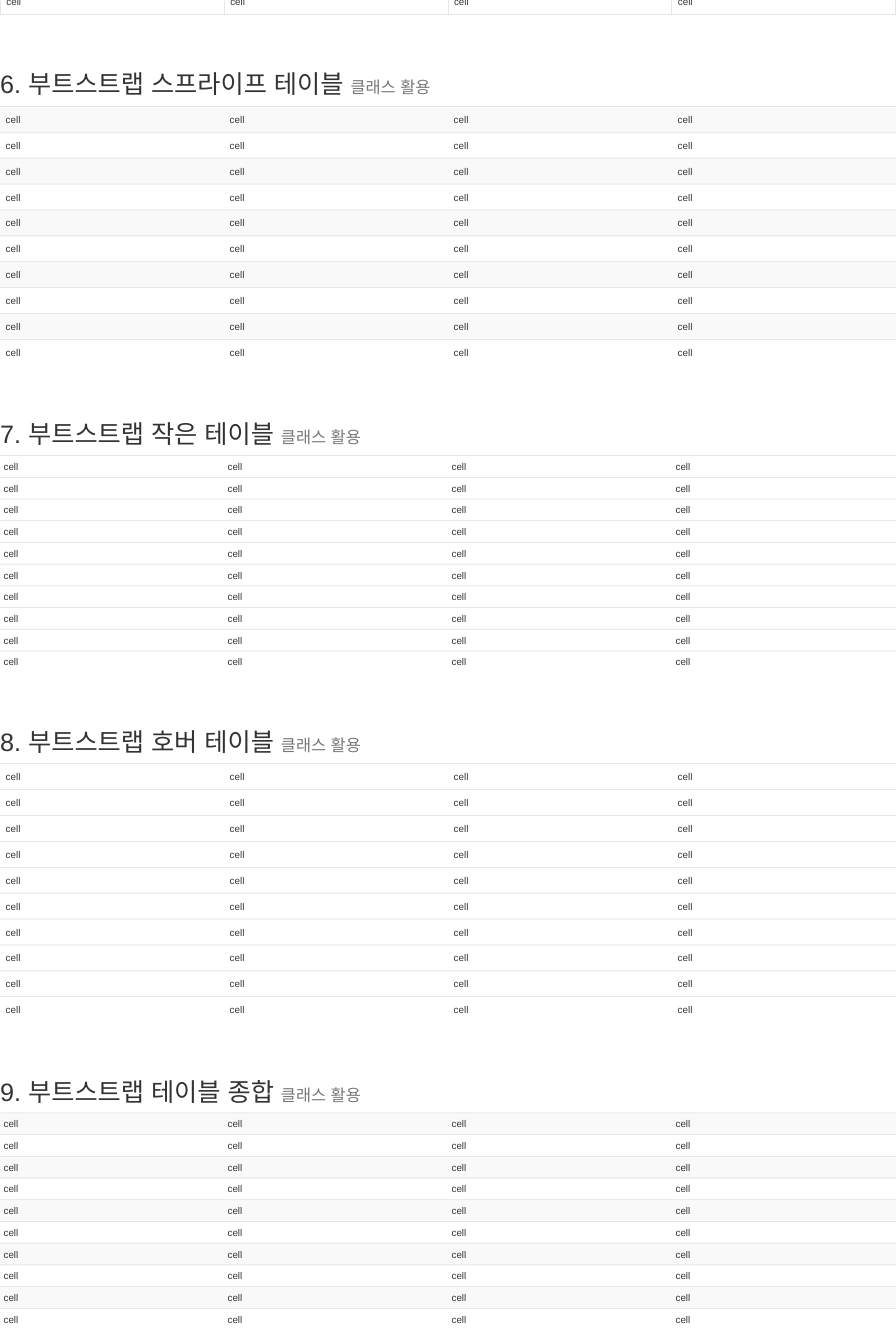
Repository: abbyinkr/BootstrapStudy
Page: BootStrapWork/WebContent/BootEx02.html
An editor plug-in stored every save of this project. The page is shown before and after the next save, followed by the edit.
The browser window is 1280 px wide. The pictures show the part of the page from y = 2048 to 3968 px (the page is 3968 px tall), at 70% of full size.

Above is the page before, as saved 2021-07-01 03:42:36.

After the next save:
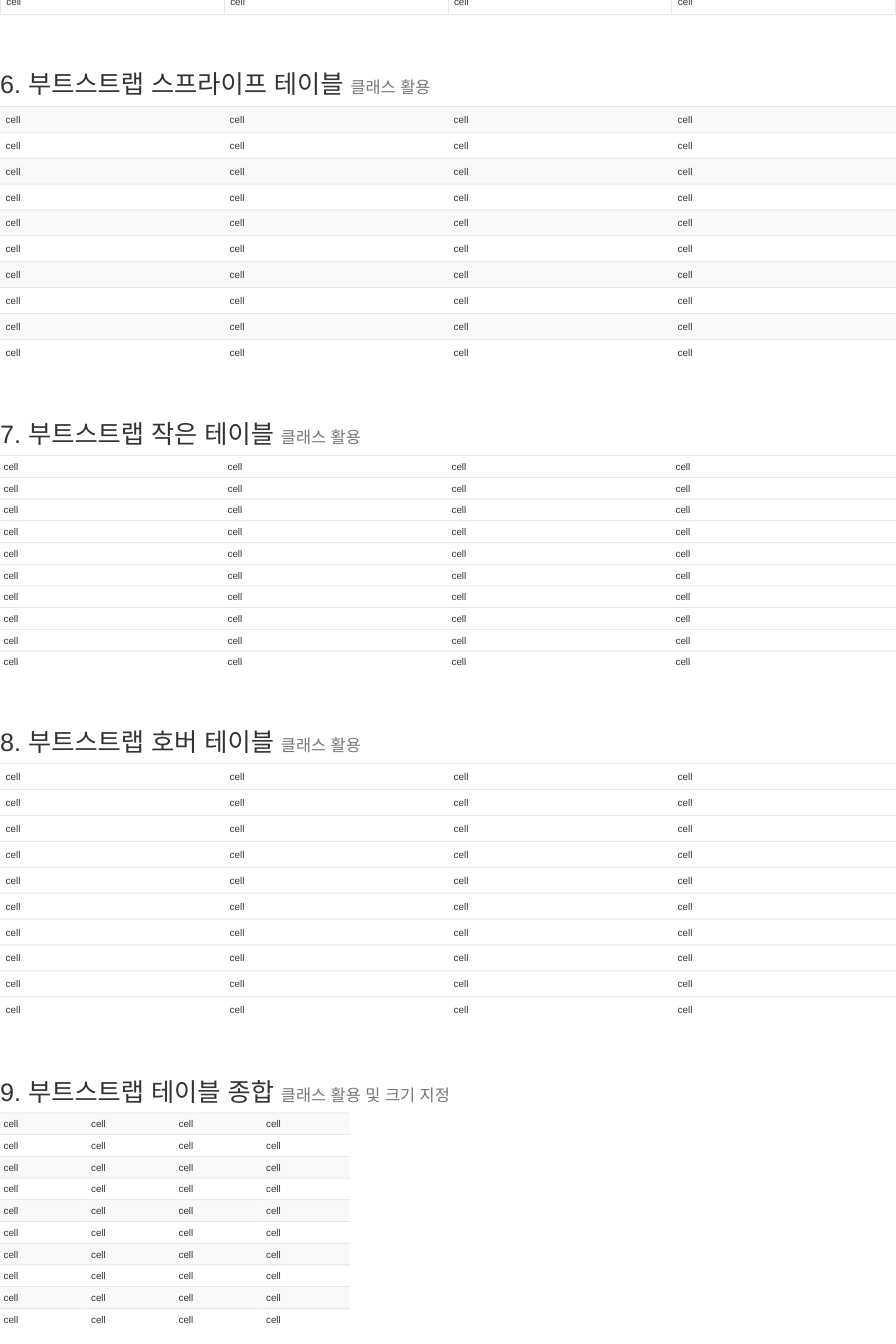
Saved 68 s later.
--- a/BootStrapWork/WebContent/BootEx02.html
+++ b/BootStrapWork/WebContent/BootEx02.html
@@ -571,9 +571,9 @@
 
 <br /><br />
 
-<h1>9. 부트스트랩 테이블 종합 <small>클래스 활용</small> </h1>
-
-<table class="table table-hover table-striped table-condensed">
+<h1>9. 부트스트랩 테이블 종합 <small>클래스 활용 및 크기 지정</small> </h1>
+
+<table class="table table-hover table-striped table-condensed" style="width: 500px;">
 	<tr>
 		<td>cell</td>
 		<td>cell</td>
